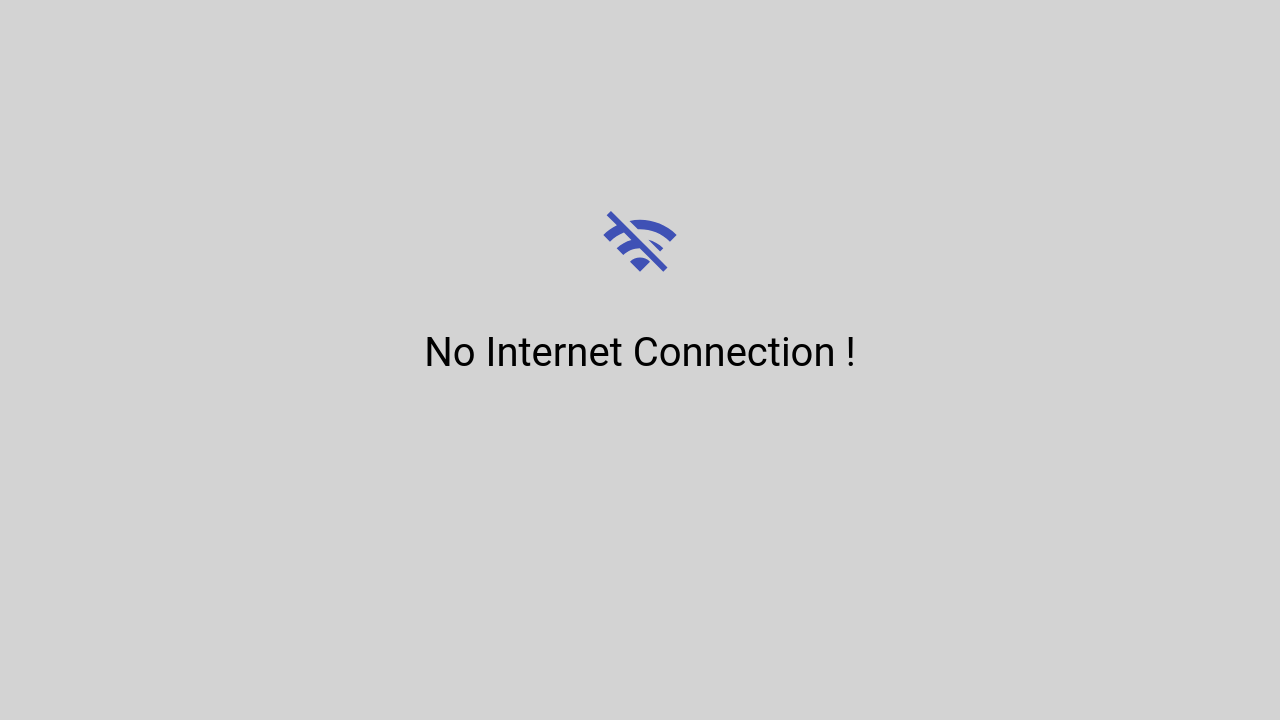
Repository: sudhakaryadav07/react-amplify
Page: /blog
An editor plug-in stored every save of this project. The page is shown before and after the next save, followed by the edit.
The browser window is 1280 px wide. The pictures show the whole page.
The page's requests for data from a server got no answer. The project was rebuilt for these pictures with package versions that can differ from the ones it lists, and the page was loaded fresh each time. No one was signed in, and anything a server would have sent is missing. Also part of the build but not shown: src/screen/home/style.js, src/screen/home/IndexScreen.js.

Above is the page before, as saved 2020-10-02 17:15:16.

### public/index.html
<!DOCTYPE html>
<html lang="en">
  <head>
    <meta charset="utf-8" />
    <link rel="icon" href="%PUBLIC_URL%/favicon.ico" />
    <meta name="viewport" content="width=device-width, initial-scale=1" />
    <meta name="theme-color" content="#000000" />
    <meta
      name="description"
      content="Web site created using create-react-app"
    />
    <link href="./app.css" rel="stylesheet">
    <link rel="apple-touch-icon" href="%PUBLIC_URL%/logo192.png" />
    <!--
      manifest.json provides metadata used when your web app is installed on a
      user's mobile device or desktop. See https://developers.google.com/web/fundamentals/web-app-manifest/
    -->
    <link rel="manifest" href="%PUBLIC_URL%/manifest.json" />
    <!--
      Notice the use of %PUBLIC_URL% in the tags above.
      It will be replaced with the URL of the `public` folder during the build.
      Only files inside the `public` folder can be referenced from the HTML.

      Unlike "/favicon.ico" or "favicon.ico", "%PUBLIC_URL%/favicon.ico" will
      work correctly both with client-side routing and a non-root public URL.
      Learn how to configure a non-root public URL by running `npm run build`.
    -->
    <title>React App</title>
  </head>
  <body>
    <noscript>You need to enable JavaScript to run this app.</noscript>
    <div id="root"></div>
    <!--
      This HTML file is a template.
      If you open it directly in the browser, you will see an empty page.

      You can add webfonts, meta tags, or analytics to this file.
      The build step will place the bundled scripts into the <body> tag.

      To begin the development, run `npm start` or `yarn start`.
      To create a production bundle, use `npm run build` or `yarn build`.
    -->
  </body>
</html>

### src/index.js
import React from 'react';
import { render } from 'react-dom';
// import { Provider } from 'react-redux';

import App from './routes/App';
// import store from './redux/store';

render(
    // <Provider store={store}>
        <App />
    // </Provider>
    ,
    document.getElementById('root')
);

### src/routes/App.js
import React, { Component } from 'react';
import { Routes } from './index';
import WifiOffIcon from '@material-ui/icons/WifiOff';

class App extends Component {

    constructor(props) {
        super(props);
        this.state = {
            isDisconnected: false
        }
    }

    componentDidMount() {
        try {
            this.handleConnectionChange();
            window.addEventListener('online', this.handleConnectionChange);
            window.addEventListener('offline', this.handleConnectionChange);
            this.handleComponentWillMount();
        } catch (error) {

        }
    }

    componentWillUnmount() {
        window.onbeforeunload = function (e) {
            window.onunload = function () {
                window.localStorage.clear();
            }
        };
    }

    handleConnectionChange = () => {
        const condition = navigator.onLine ? 'online' : 'offline';
        if (condition === 'online') {
            const webPing = setInterval(
                () => {
                    fetch('//google.com', {
                        mode: 'no-cors',
                    })
                        .then(() => {
                            this.setState({ isDisconnected: false }, () => {
                                return clearInterval(webPing)
                            });
                        }).catch(() => this.setState({ isDisconnected: true }))
                }, 2000);
            return;
        }

        return this.setState({ isDisconnected: true });
    }


    render() {
        let { isDisconnected } = this.state;
        if (isDisconnected === true) {
            return (
                <div style={{ textAlign: 'center', height: "100vh", backgroundColor: 'lightgrey' }}>
                    <WifiOffIcon style={{ height: 80, width: 80, marginTop: '16%' }} color="primary" fontSize="large" />
                    <p style={{ fontSize: 40 }}>No Internet Connection !</p>
                </div>
            )
        } else {
            return (
                <Routes />
            );
        }
    }
};

export default App;

### src/routes/index.js
import Routes from './Routes';

export { Routes };

### src/routes/Routes.js
import React, { Component } from 'react';
import { Router, Route, Switch } from 'react-router-dom';
import { HomeScreen, BlogScreen } from '../screen';

var createBrowserHistory = require("history").createBrowserHistory;
const history = createBrowserHistory();

class PublicRoutes extends Component {

    renderRoutes() {
        window.onpopstate = function (event) { history.go(1); };
        return (
            <Switch>
                <Route exact path="/home" component={HomeScreen} />
                <Route exact path="/blog" component={BlogScreen} />
            </Switch>
        );
    }

    render() {
        return (
            <Router history={history}>
                {this.renderRoutes()}
            </Router>
        )
    }
}

export default PublicRoutes;

### src/screen/index.js
export * from './home';
export * from './blog';

### src/screen/home/index.js
import HomeScreen from './IndexScreen';

export {HomeScreen};

### src/screen/blog/index.js
import BlogScreen from './IndexScreen';

export { BlogScreen };

### src/screen/blog/IndexScreen.js
import React, { Component } from 'react';
import { Button, Paper, Typography, Grid } from '@material-ui/core';
import { AppBar } from '../../components/index';
import { body, bodyContext } from '../../styles/style';
import { USER } from '../../data/data';

class Blog extends Component {
    constructor(props) {
        super(props);
        this.state = {
            page: "Blog",
            openMenu: false,
            openSession: false,
            currentTarget: null
        }
    }

    refreshComponent = async (key) => this.setState({ [key]: null });
    resetComponent = async (key) => this.setState({ [key]: null });

    openDropDown = async (key, value) => this.setState({ [key]: value });

    renderAppBar() {
        let { page, openMenu, openSession, currentTarget } = this.state;
        let data = { page, openMenu, openSession, currentTarget };
        return (
            <AppBar
                data={data}
                openDropDown={this.openDropDown}
                resetComponent={this.resetComponent}
            />
        );
    }

    render() {
        return (
            <div>
                {this.renderAppBar()}
                <div style={body}>
                    <div style={{ ...bodyContext, paddingTop: 10, paddingBottom: 10 }}>
                        <Grid sm={12} spacing={2} style={{ margin: 0 }}>
                            <Grid container sm={12} spacing={2} style={{ height: 230 }}>
                                <Grid item sm={4} spacing={2}>
                                    <Grid item sm={12} style={{ height: '80%' }}>
                                        <Paper >
                                            <div style={{ height: 160, display: 'flex', alignItems: 'center', justifyContent: 'center' }}>
                                                <img alt="" style={{ height: '81%', width: '50%' }} src={require(`../../icons/user.png`)} />
                                            </div>
                                        </Paper>
                                    </Grid>
                                    <Grid item sm={12} style={{ height: '20%' }}>
                                        <Paper style={{ height: '100%' }}>
                                            <div style={{ height: '100%', display: 'flex', alignItems: 'center', justifyContent: 'center' }}>
                                                <Typography color="textSecondary" style={{ fontFamily: 'system-ui', fontSize: 15, color: 'black' }}>
                                                    {USER[0].name} - {USER[0].title}
                                                </Typography>
                                            </div>
                                        </Paper>
                                    </Grid>
                                </Grid>
                                <Grid item sm={8}>
                                    <Paper style={{padding:5, height: 200 ,overflow:'auto'}}>
                                        <Typography color="textSecondary" style={{ fontFamily: 'system-ui', fontSize: 15, color: 'black' }}>
                                            {USER[0].about}
                                        </Typography>
                                    </Paper>
                                </Grid>
                            </Grid>
                            <Grid container sm={12} style={{ height: 100 }}>
                                gjgh
                            </Grid>
                        </Grid>
                        {/* <Button color="primary" onClick={() => this.props.history.push('/home')}>Go to Home</Button> */}

                        {/* <Grid container spacing={3}>
                            <Grid item xs>
                                xs
        </Grid>
                            <Grid item xs>
                                xs
        </Grid>
                            <Grid item xs>
                                xs
        </Grid>
                        </Grid> */}
                    </div>
                </div>
            </div>
        );
    }
}

export default Blog;

### src/components/index.js
import AppBar from './AppBar';

export {AppBar}

### src/styles/style.js
import { Color } from '../constants/constant';

const root = {
    top: 0,
    bottom: 0,
    left: 0,
    right: 0,
    position: 'fixed',
    backgroundColor: 'white'
};

const header = {
    padding: 0,
    height: '9vh',
    backgroundColor: Color.blue
};

const body = {
    height: '91vh'
}

const bodyContext = {
    height:'100%',
    overflow:'hidden',
    paddingLeft:'20%',
    paddingRight:'20%'
}

const title = {
    color: "white",
    fontSize: 22,
    padding: '0px 10px 0px 10px'
};

const progressContainer = {
    height: '100vh',
    width: '100%',
    top: 0,
    left: 0,
    background: 'rgba(255,255,255,0.5)',
    position: 'absolute'
};

const progress = {
    color: '#348216',
    position: 'absolute',
};

const appbar = {
    boxShadow: "none"
};

const dropDownMenu = {
    vertical: 'top',
    horizontal: 'right'
}

export {root, header, body,bodyContext, title, progressContainer, progress, appbar, dropDownMenu };

### src/data/data.js
const MESSAGES = [
    "Vow to stop worrying and start loving.",
    "Believe it’s possible to be at peace.",
    "One day or day one. It's your decision.",
    "Try to be a rainbow in someone else's cloud.",
    "You do not find the happy life. You make it.",
    "The most wasted of days is one without laughter.",
    "It is never too late to be what you might have been.",
    "You get what you give.",
    "Happiness is not by chance, but by choice.",
    "Life changes very quickly, in a very positive way, if you let it."
];

const USER = [
    {
        name: "Jessica",
        title: "Managing Partner",
        about:"Since they are still preserved in the rocks for us to see, they must have been formed quite recently, that is, geologically speaking. What can explain these striations and their common orientation? Did you ever hear about the Great Ice Age or the Pleistocene Epoch? Less than one million years ago, in fact, some 12,000 years ago, an ice sheet many thousands of feet thick rode over Burke Mountain in a southeastward direction. The many boulders frozen to the underside of the ice sheet tended to scratch the rocks over which they rode. The scratches or striations seen in the park rocks were caused by these attached boulders. The ice sheet also plucked and rounded Burke Mountain into the shape it possesses today.Eating raw fish didn't sound like a good idea. It iss a delicacy in Japan, did not seem to make it any more appetizing. Raw fish is raw fish, delicacy or not."
    },
    {
        name: "Steve Harvey",
        title: "Managing Partner"
    },
    {
        name: "Louis Litt",
        title: "Managing Partner"
    },
    {
        name: "Donna Paulsen",
        title: "COO"
    },
    {
        name: "Alex Willams",
        title: "Senior Partner"
    },
    {
        name: "Katrina Bennet",
        title: "Senior Partner"
    },
    {
        name: "Mike Rose",
        title: "Junior Partner"
    },
    {
        name: "Racheal Zane",
        title: "Paralegal"
    },
    {
        name: "Gretchen",
        title: "Secretary"
    },
    {
        name: "Brian Adams",
        title: "Associate"
    },
    {
        name: "Samantha Wheelers",
        title: "Associate"
    }
]

export { MESSAGES, USER }

### src/components/AppBar.js
import React from 'react';
import { withStyles, AppBar, Menu, MenuItem, Toolbar, Typography, IconButton } from '@material-ui/core';
import { Menu as MenuIcon, AccountCircle } from '@material-ui/icons';
import { appbar, header, title, dropDownMenu } from '../styles/style';

const materialStyles = theme => ({
    sectionDesktop: {
        display: 'flex',
        width: '100%',
        justifyContent: 'flex-end'
    }
})

const Appbar = ({ classes, data, openDropDown, resetComponent }) => {
    let { page, openMenu, currentTarget, openSession } = data;
    try {
        return (
            <div style={{ height: '9vh', padding: 0 }}>
                <AppBar style={appbar} >
                    <Toolbar className="appbartoolbar" style={header}>
                        <Typography variant="h6" style={title}>
                            {page}
                        </Typography>

                        <div className={classes.sectionDesktop}>
                            {/* <IconButton
                            onClick={() => openDropDown('openMenu', true)}
                            color="inherit" >
                            <MenuIcon />
                        </IconButton> */}

                            <IconButton
                                onClick={() => openDropDown('openSession', true)}
                                color="inherit">
                                <AccountCircle />
                            </IconButton>
                        </div>

                        {/* <Menu
                    style={{backgroundColor:'red'}}
                        anchorEl={currentTarget}
                        anchorOrigin={dropDownMenu}
                        keepMounted
                        transformOrigin={dropDownMenu}
                        open={openMenu}
                        onClose={() => resetComponent('openMenu')}>
                        <MenuItem>Link 1</MenuItem>
                        <MenuItem>Link 2</MenuItem>
                    </Menu> */}

                        <Menu
                            anchorEl={currentTarget}
                            anchorOrigin={dropDownMenu}
                            keepMounted
                            transformOrigin={dropDownMenu}
                            open={openSession}
                            onClose={() => resetComponent('openSession')}>
                            <MenuItem style={{ justifyContent: 'center' }} >johndoe@gmail.com</MenuItem>
                            <MenuItem style={{ justifyContent: 'center' }} >Logout</MenuItem>
                        </Menu>

                    </Toolbar>
                </AppBar >
            </div>
        );
    } catch (e) {
        console.log(e)
    }
}

export default (withStyles(materialStyles))(Appbar);

### src/constants/constant.js
const Color = {
    blue: '#3f51b5'
}

export { Color };

### public/app.css
body {
  margin: 0px;
  font-family: "Roboto", "Helvetica", "Arial", sans-serif !important;
}

::-webkit-scrollbar {
  width: 1px !important;
}

.MuiToolbar-regular {
  min-height: 56px !important;
}

After the next save:
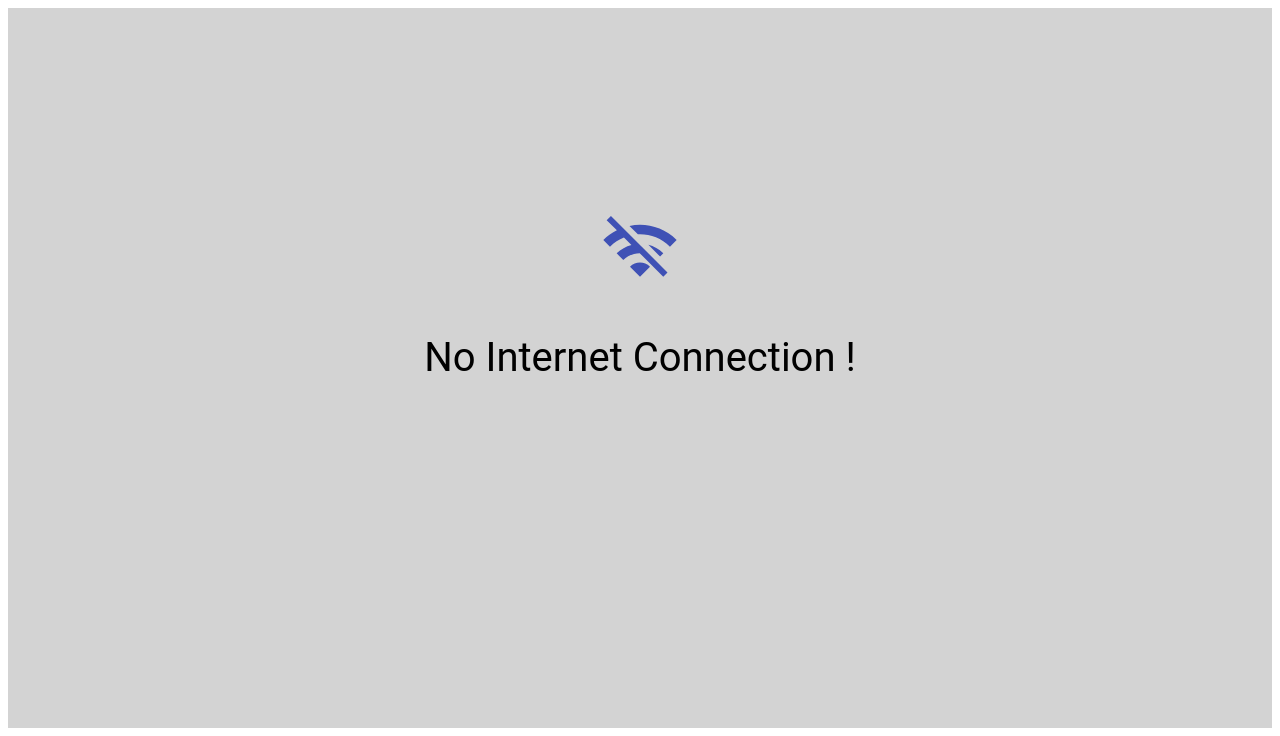
Saved 42 s later.
--- a/public/app.css
+++ b/public/app.css
@@ -1,5 +1,5 @@
 body {
-  margin: 0px;
+
   font-family: "Roboto", "Helvetica", "Arial", sans-serif !important;
 }
 

After the save that followed:
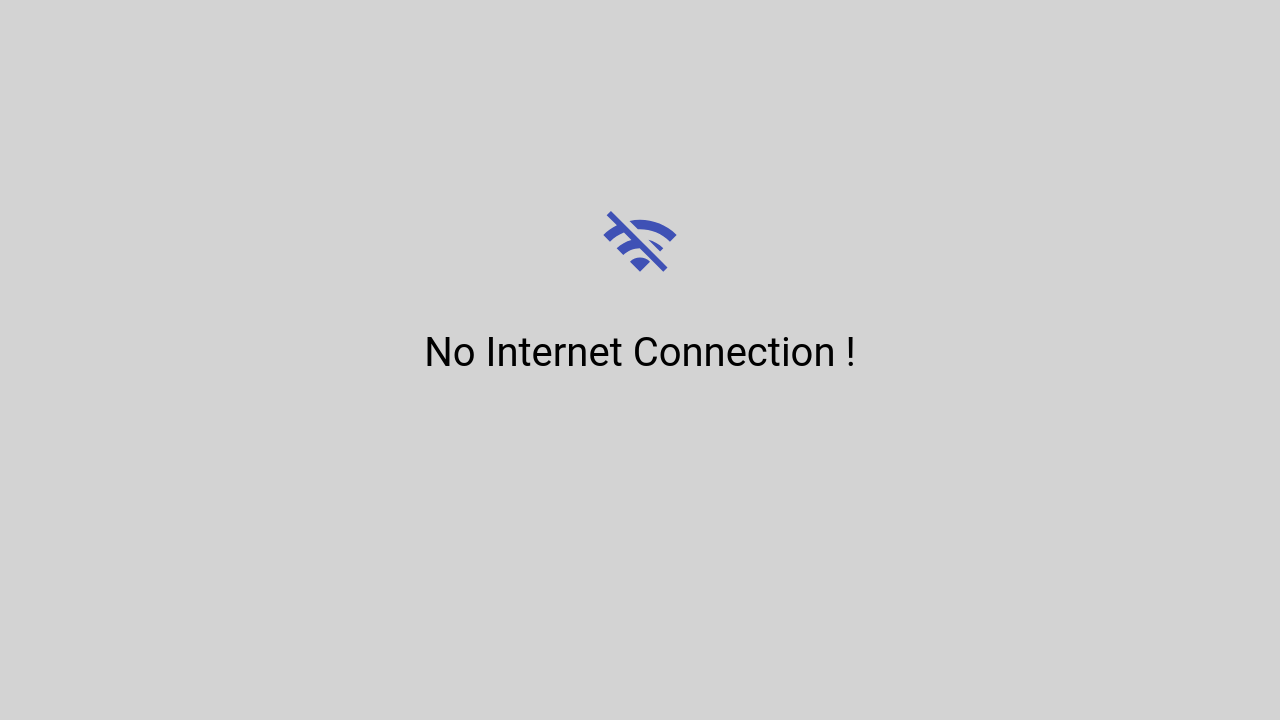
Saved 5 s later.
--- a/public/app.css
+++ b/public/app.css
@@ -1,5 +1,5 @@
 body {
-
+  margin: 0px;
   font-family: "Roboto", "Helvetica", "Arial", sans-serif !important;
 }
 
